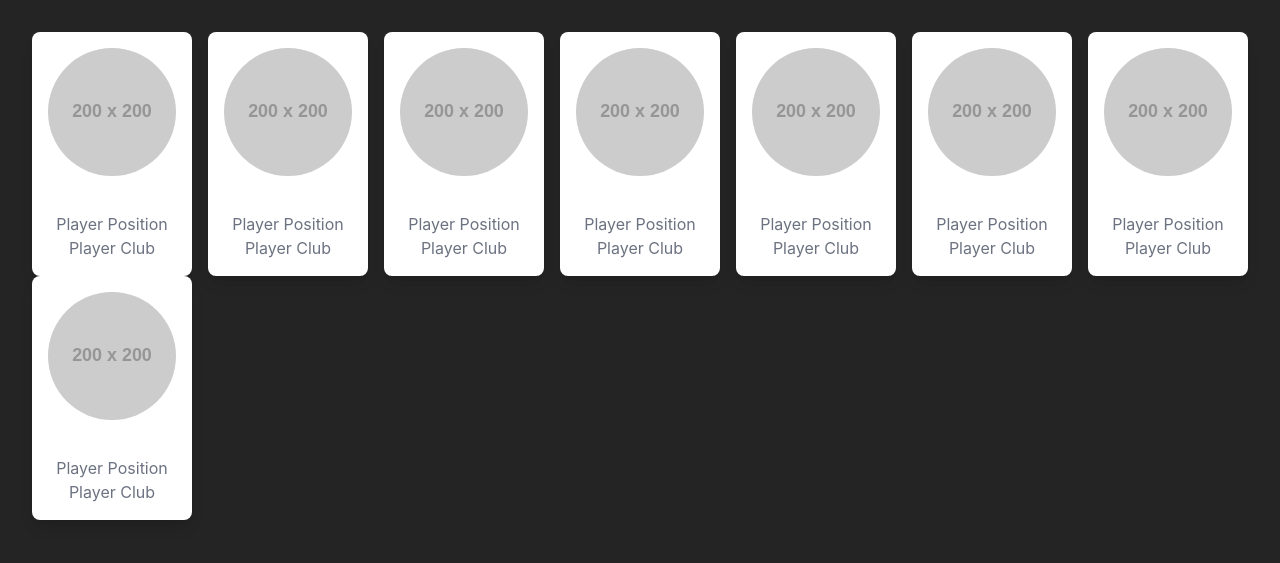
Repository: Hadra92i/movies-search-app
Page: /
The author's editor kept a copy of each file at every save. The page is drawn from the files as they stood at one save, then again after the next save.
The browser window is 1280 px wide. The pictures show the whole page.
The project was rebuilt for these pictures with package versions that can differ from the ones it lists, and the page was loaded fresh each time. Also part of the build but not shown: vite.config.js.

Above is the page before, as saved 2023-11-01 11:58:21.

### index.html
<!doctype html>
<html lang="en">
  <head>
    <meta charset="UTF-8" />
    <link rel="icon" type="image/svg+xml" href="/vite.svg" />
    <meta name="viewport" content="width=device-width, initial-scale=1.0" />
    <title>Players SearchApp</title>
  </head>
  <body>
    <div id="root"></div>
    <script type="module" src="/src/main.jsx"></script>
  </body>
</html>

### src/main.jsx
import ReactDOM from 'react-dom/client'
import App from './App.jsx'
import './index.css'
import { Provider } from 'react-redux'
import { store } from './redux/store.js'

ReactDOM.createRoot(document.getElementById('root')).render(
  <Provider store={store}>
    <App />
  </Provider>,
)

### src/App.jsx

import './App.css'
import Players from './components/player/Players'

function App() {

  return (
    <>
      <Players/>
    </>
  )
}

export default App

### src/index.css
:root {
  font-family: Inter, system-ui, Avenir, Helvetica, Arial, sans-serif;
  line-height: 1.5;
  font-weight: 400;

  color-scheme: light dark;
  color: rgba(255, 255, 255, 0.87);
  background-color: #242424;

  font-synthesis: none;
  text-rendering: optimizeLegibility;
  -webkit-font-smoothing: antialiased;
  -moz-osx-font-smoothing: grayscale;
  -webkit-text-size-adjust: 100%;
}

@tailwind base;
@tailwind components;
@tailwind utilities;

### src/redux/store.js
import { configureStore } from "@reduxjs/toolkit";
import playerReducer from "./features/playerSlice";

export const store = configureStore({
    reducer: {
        player: playerReducer,
    },
    devTools: true,
});

### src/components/player/Players.jsx
// eslint-disable-next-line no-unused-vars
import React from "react";
import PlayerCard from "./PlayerCard";

const Players = () => {
    const players = [
        { name: "John", age: 25, cardPlayer: true, id: 1 },
        { name: "Jane", age: 30, cardPlayer: false, id: 2 },
        { name: "Bob", age: 20, cardPlayer: true, id: 3 },
        { name: "Mary", age: 27, cardPlayer: false, id: 4 },
        { name: "John", age: 25, cardPlayer: true, id: 1 },
        { name: "Jane", age: 30, cardPlayer: false, id: 2 },
        { name: "Bob", age: 20, cardPlayer: true, id: 3 },
        { name: "Mary", age: 27, cardPlayer: false, id: 4 }
    ];

    return (
        <div className="flex justify-between items-center flex-wrap">
             {
                players.map(player => {
                    return <PlayerCard
                    key={player.id}
                    name={player.name}
                    age={player.age}
                    />
                })
             }
        </div>
    );
}

export default Players;

### src/redux/features/playerSlice.js
import { createAsyncThunk, createSlice } from "@reduxjs/toolkit";
import PlayerService from "../../services/playerService";

const initialState = [];

export const getAllPlayers = createAsyncThunk(
    "players/getAllPlayers",
    async () => {
        const response = await PlayerService.getAllPlayers();
        return response.data;
    }
);

export const playerSlice = createSlice({
    name: "player",
    initialState,
    reducers: {},
    extraReducers: {
        [getAllPlayers.fulfilled]: (state, action) => {
            return [...action.payload];
        },
    },
});

export default playerSlice.reducer;

### src/components/player/PlayerCard.jsx
// eslint-disable-next-line no-unused-vars
import React from "react";

const PlayerCard = () => {
    return (
        <div className="bg-white rounded-lg shadow-lg p-4">
            <img
                className="w-32 h-32 rounded-full mx-auto"
                src="https://via.placeholder.com/200"
                alt="Player Avatar"
            />
            <div className="text-center mt-2">
                <h3 className="text-lg font-medium">Player Name</h3>
                <p className="text-gray-500">Player Position</p>
                <p className="text-gray-500">Player Club</p>
            </div>
        </div>
    );
};

export default PlayerCard;

### src/services/playerService.js
// eslint-disable-next-line no-unused-vars
import axiosObj from "../http-common";

const getAllPlayers = () => {
    return axiosObj.get("/players");
};

const PlayerService = {
    getAllPlayers,
};

export default PlayerService;

### src/http-common.js
import axios from "axios";

const API_KEY = "9d2758a612msh2661c98a1972a2cp155232jsn62f754d1238a";
const BASE_URL = "https://api-football-v1.p.rapidapi.com/v3";

const axiosObj = axios.create({
    baseURL: BASE_URL,
    headers: {
        "x-rapidapi-key": API_KEY,
        "x-rapidapi-host": "api-football-v1.p.rapidapi.com",
    },
});

export default axiosObj;

Loaded but not shown: src/App.css (common file); tailwind.config.js (common file)

After the next save:
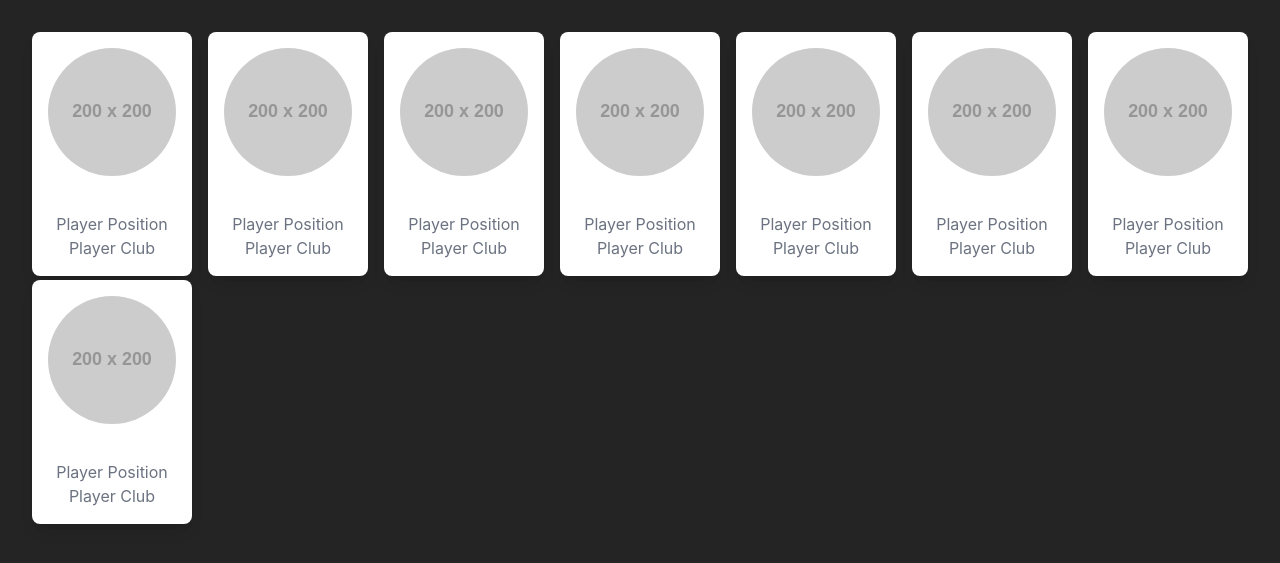
Saved 10 s later.
--- a/src/components/player/PlayerCard.jsx
+++ b/src/components/player/PlayerCard.jsx
@@ -3,7 +3,7 @@ import React from "react";
 
 const PlayerCard = () => {
     return (
-        <div className="bg-white rounded-lg shadow-lg p-4">
+        <div className="bg-white rounded-lg shadow-lg p-4 mb-1">
             <img
                 className="w-32 h-32 rounded-full mx-auto"
                 src="https://via.placeholder.com/200"
